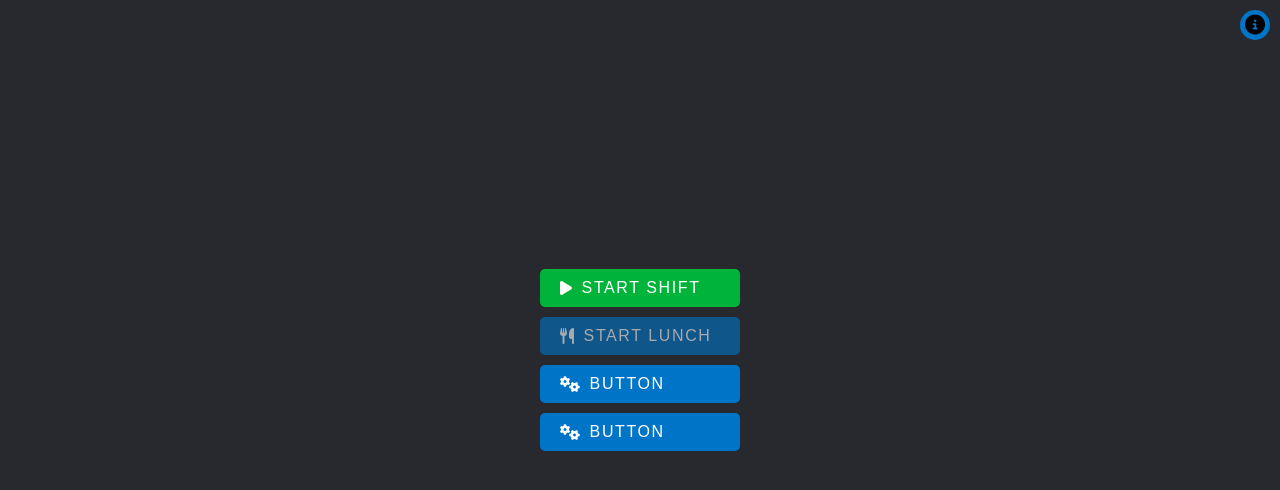
Repository: Philip-Rogers/button-state
Page: index.html
The author's editor kept a copy of each file at every save. The page is drawn from the files as they stood at one save, then again after a run of saves.
The browser window is 1280 px wide. The pictures show the whole page.
After loading, the first visible `#shiftButton` was clicked once.

Above is the page before, as saved 2024-08-14 21:20:21.
Console error: TypeError: Cannot set properties of undefined (setting 'onclick')

After the next 2 saves:
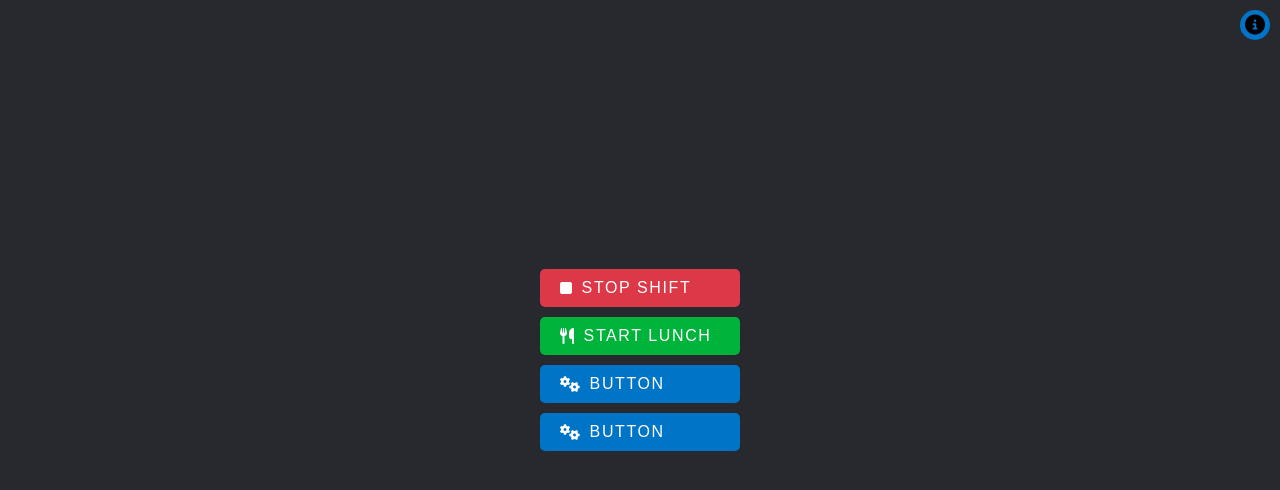
The error is gone.
The 2 saves are shown as one change because they came seconds apart.
The last was saved 58 s later.
--- a/index.html
+++ b/index.html
@@ -44,28 +44,6 @@
     </div>
 
     <script>
-        // Modal script
-        var modal = document.getElementById("infoModal");
-        var btn = document.getElementById("infoIcon");
-        var span = document.getElementsByClassName("close")[0];
-
-        // When the user clicks on the icon, open the modal
-        btn.onclick = function () {
-            modal.style.display = "block";
-        }
-
-        // When the user clicks on <span> (x), close the modal
-        span.onclick = function () {
-            modal.style.display = "none";
-        }
-
-        // When the user clicks anywhere outside of the modal, close it
-        window.onclick = function (event) {
-            if (event.target == modal) {
-                modal.style.display = "none";
-            }
-        }
-
         let shiftState = 'start'; // Tracks the state of the Shift button
         let lunchState = 'start'; // Tracks the state of the Lunch button
 
